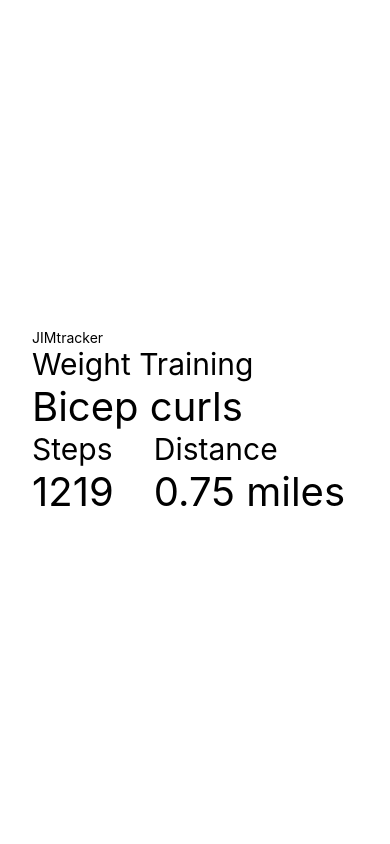
Repository: JamesPesenti/JiMTracker
Screen: /
An editor plug-in stored every save of this project. The screen is shown before and after the next save, followed by the edit.
The app was drawn by React Native's web renderer in a window 390 px wide. The project was rebuilt for these pictures with package versions that can differ from the ones it lists, and the page was loaded fresh each time.

Above is the screen before, as saved 2023-06-16 10:38:56.

After the next save:
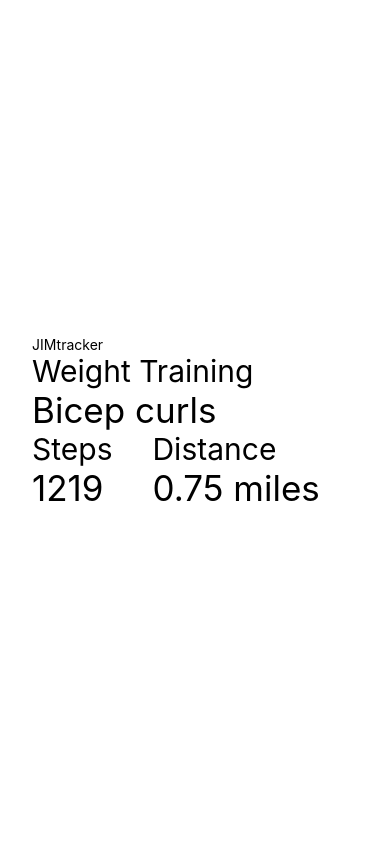
Saved 22 s later.
--- a/App.tsx
+++ b/App.tsx
@@ -43,6 +43,6 @@ const styles = StyleSheet.create({
     fontSize: 30
   },
   amount: {
-    fontSize: 40
+    fontSize: 35
   }
 });
